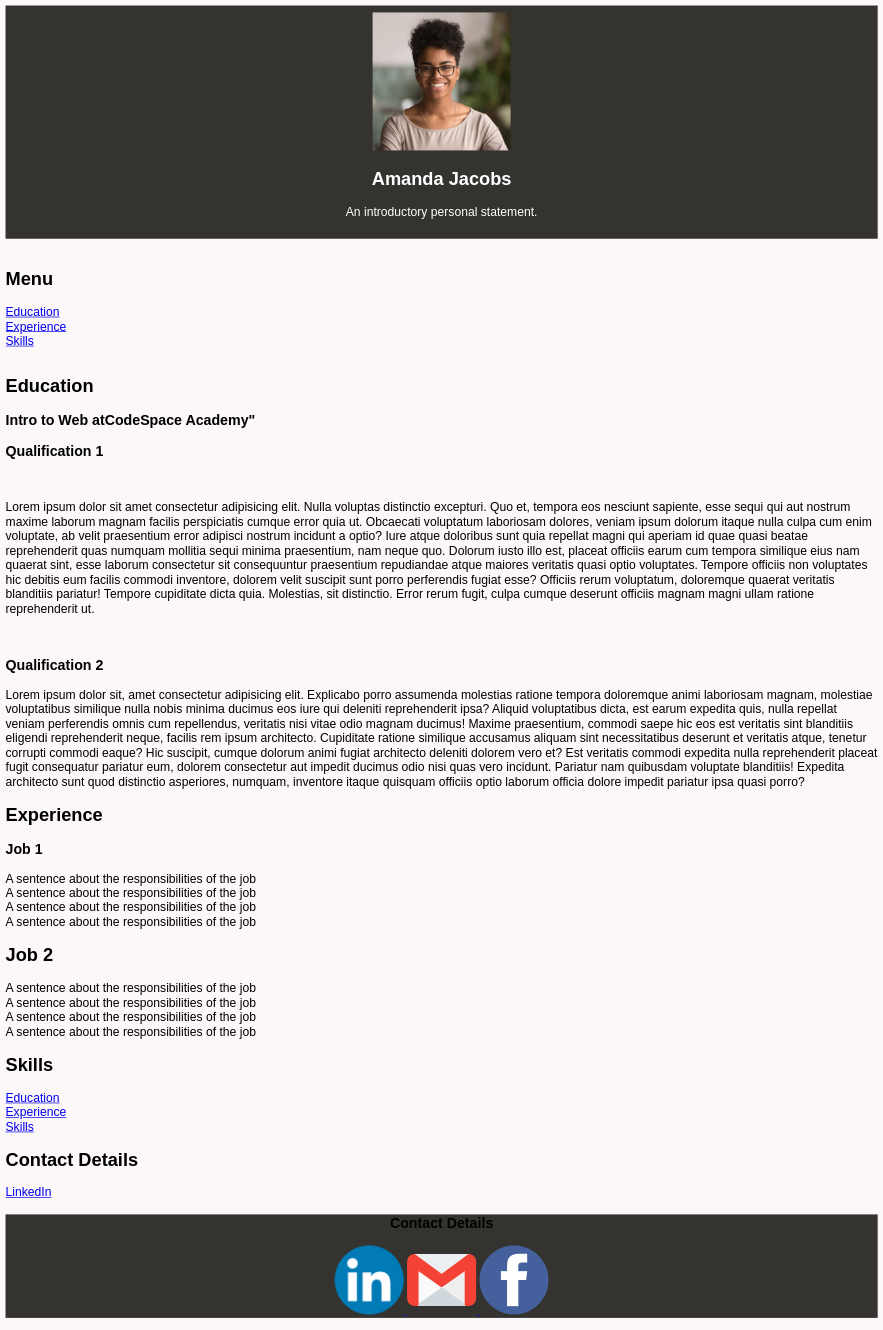
Repository: LeonardMhere/Resume-3
Page: resume `3/index.html
The author's editor kept a copy of each file at every save. The page is drawn from the files as they stood at one save, then again after the next save.
The browser window is 1280 px wide. The pictures show the whole page, at 69% of full size.

Above is the page before, as saved 2023-03-23 09:39:00.

### resume `3/index.html
<!DOCTYPE html>
<html lang="en">
    <meta charset="UTF-8">
    <meta http-equiv="X-UA-Compatible" content="IE=edge">
    <meta name="viewport" content="width=device-width, initial-scale=1.0">
    <link rel="stylesheet" href="css/stylesheet.css">

<head>
    <title>Amanda Jacobs</title>
</head>

<body>


  <header id="heading">
 <aside>
   <img id="profilePhoto" src="./images/profilePhoto.jpeg" width="200px"
   alt="Error Thumbnail">

  <h1>Amanda Jacobs</h1>
  <p>An introductory personal statement.</p>

    </header>

    <br/>
<main>
  <section>
   <article>
     <div class="nav-menu">
      <nav>
        <h2>Menu</h2>

  <ul>
      <li><a href="education">Education</a></li>
      <li><a href="experience">Experience</a></li>
      <li><a href="skills">Skills</a></li>
      </div>
  </ul>
</nav>
</aside>



<div class="box-1">
  <h2 id="education">Education</h2>
  <h3>Intro to Web at<a href="http://codespace.co.za/"></a>CodeSpace Academy"</a></h3>



  <h3>Qualification 1</h3>
  <br/>
     <p>Lorem ipsum dolor sit amet consectetur adipisicing elit. Nulla voluptas distinctio excepturi.
       Quo et, tempora eos nesciunt sapiente, esse sequi qui aut nostrum maxime laborum magnam facilis perspiciatis cumque error quia ut. Obcaecati voluptatum laboriosam dolores, veniam ipsum dolorum itaque nulla culpa cum enim voluptate,
       ab velit praesentium error adipisci nostrum incidunt a optio? Iure atque doloribus sunt quia repellat magni qui aperiam id quae quasi beatae reprehenderit quas numquam mollitia sequi minima praesentium, nam neque quo. Dolorum iusto illo est, placeat officiis earum cum tempora similique eius nam quaerat sint, esse laborum consectetur sit consequuntur praesentium repudiandae atque maiores veritatis quasi optio voluptates. Tempore officiis non voluptates hic debitis eum facilis commodi inventore, dolorem velit suscipit sunt porro perferendis fugiat esse? Officiis rerum voluptatum, doloremque quaerat veritatis blanditiis pariatur! Tempore cupiditate dicta quia. Molestias, sit distinctio. Error rerum fugit, culpa cumque deserunt officiis magnam magni ullam ratione reprehenderit ut.
      </p>
    </div>
      <br/>

  <div class="box-2">
   <h3>Qualification 2</h3>

      <p>
        Lorem ipsum dolor sit, amet consectetur adipisicing elit. Explicabo porro assumenda molestias ratione tempora doloremque animi laboriosam magnam, molestiae voluptatibus similique nulla nobis minima ducimus eos iure qui deleniti reprehenderit ipsa? Aliquid voluptatibus dicta, est earum expedita quis, nulla repellat veniam perferendis omnis cum repellendus, veritatis nisi vitae odio magnam ducimus! Maxime praesentium, commodi saepe hic eos est veritatis sint blanditiis eligendi reprehenderit neque, facilis rem ipsum architecto. Cupiditate ratione similique accusamus aliquam sint necessitatibus deserunt et veritatis atque, tenetur corrupti commodi eaque? Hic suscipit, cumque dolorum animi fugiat architecto deleniti dolorem vero et? Est veritatis commodi expedita nulla reprehenderit placeat fugit consequatur pariatur eum, dolorem consectetur aut impedit ducimus odio nisi quas vero incidunt. Pariatur nam quibusdam voluptate blanditiis! Expedita architecto sunt quod distinctio asperiores, numquam, inventore itaque quisquam officiis optio laborum officia dolore impedit pariatur ipsa quasi porro?
      </p>
    </div>


    <h2 id="experience">Experience</h2>

    <h3>Job 1</h3>
    <p>
        <ul>
            <li>A sentence about the responsibilities of the job</li>
            <li>A sentence about the responsibilities of the job</li>
            <li>A sentence about the responsibilities of the job</li>
            <li>A sentence about the responsibilities of the job</li>
        </ul>
    </p>



    <h2>Job 2</h2>

     <p>
        <ul>
            <li>A sentence about the responsibilities of the job</li>
            <li>A sentence about the responsibilities of the job</li>
            <li>A sentence about the responsibilities of the job</li>
            <li>A sentence about the responsibilities of the job</li>
        </ul>
     </p>



      <h2 id="skills">Skills</h2>

<ul>
  <li><a href="#education">Education</a></li>
  <li><a href="#experience">Experience</a></li>
  <li><a href="#Skills">Skills</a></li>
</ul>
</p>

<h2>Contact Details</h2>
<p><a href="http://linkedin.com">LinkedIn</a>

    </section>
  </article>
</main>








<footer>
    <h3>Contact Details</h3>
    <ul>
       <a href="http://linkedin.com" target="_blank">
           <img class="icons" src="images/linkedinIcon.png"
           alt="Amanda Jacobs Linkedin"
           width="100px">

       </a>

       <a href="//http://gmail.com" target="_blank">
        <img class="icons" src="images/gmailIcon.png"
        alt="Amanda Jacobs Gmail"
        width="100px">
       </a>

       <a href="//http://facebook.com" target="_blank">
        <img class="icons" src="images/facebookIcon.png"
        alt="Amanda Jacobs facebook Account"
        width="100px">
       </a>
</ul>
</footer>











</body>
</html>

### resume `3/css/stylesheet.css
*{
  box-sizing: border-box;
  padding: 0;

}

body{
  font-family: sans-serif;
  font-size:110%;
  background-color: #FCF7F8;
}

header {
  text-align: center;
  background-color: #343330;
  color: white;
  padding: 10px 0 10px ;
}



.nav-menu{
    background-color:Asparagus;
    width: 10%;
    overflow: auto;
    background-color:
}

ul {
  list-style: none;
  margin-left: 0%;
}





footer {
  background-color: #343330;
  text-align: center;
}

After the next save:
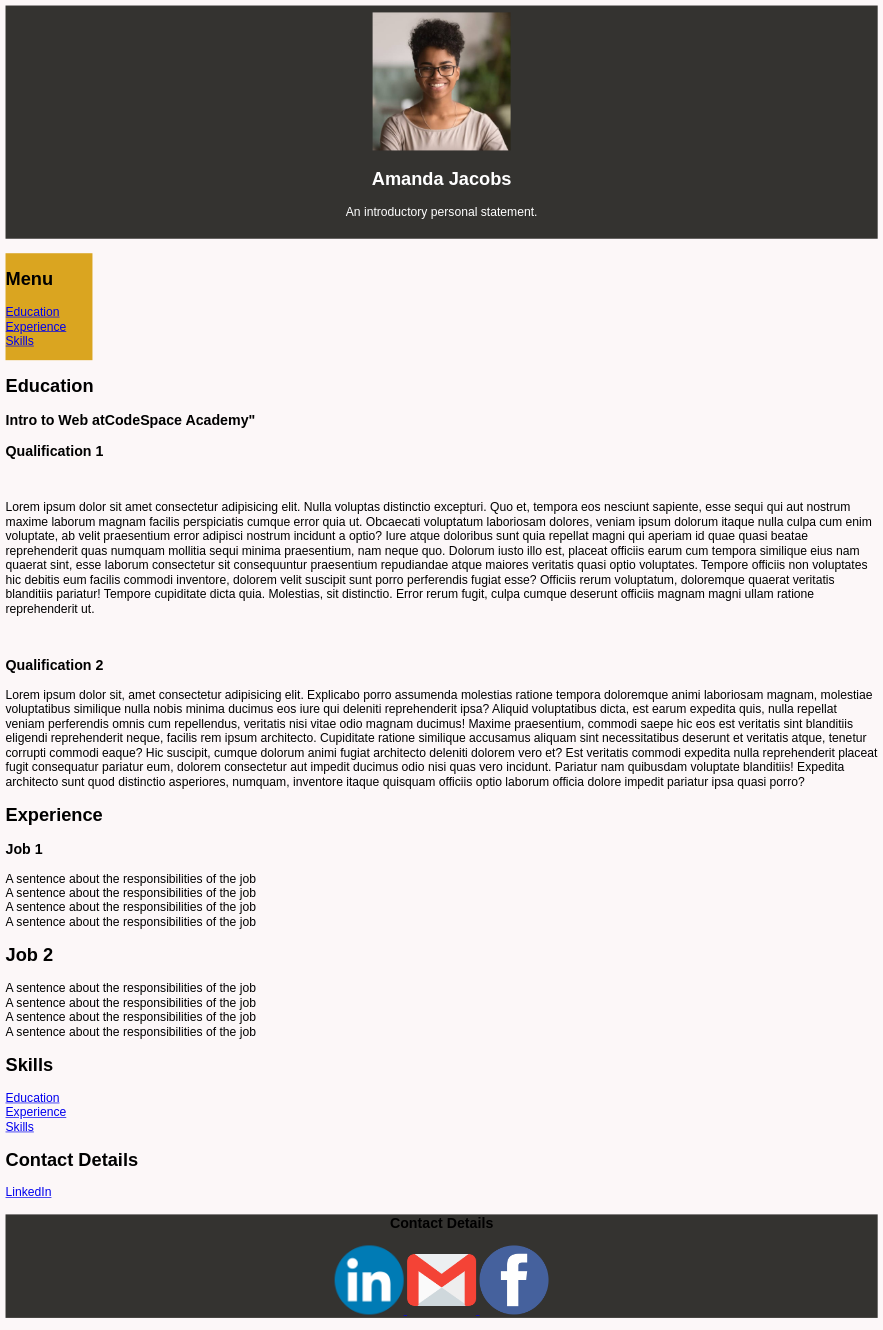
Saved 23 s later.
--- a/resume `3/css/stylesheet.css
+++ b/resume `3/css/stylesheet.css
@@ -20,7 +20,7 @@ header {
 
 
 .nav-menu{
-    background-color:Asparagus;
+    background-color:goldenrod;
     width: 10%;
     overflow: auto;
     background-color:
